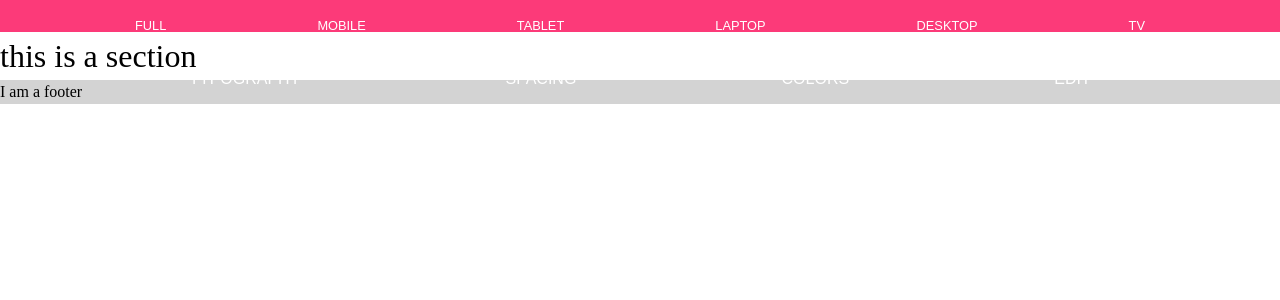
Repository: Terrycoco/coco-playground
Page: /
The author's editor kept a copy of each file at every save. The page is drawn from the files as they stood at one save, then again after the next save.
The browser window is 1280 px wide. The pictures show the whole page.
The project was rebuilt for these pictures with package versions that can differ from the ones it lists, and the page was loaded fresh each time. The framework's server and built-in components were replaced by stand-ins that run in the browser. Also part of the build but not shown: next.config.js, src/components/layout/FakeHeader.js.

Above is the page before, as saved 2023-03-20 11:31:44.

### src/app/layout.js
//THIS FILE DEFINES BASIC HTML FOR WHOLE SITE
//YOU CAN OVERWRITE ANY METADATA IN INDIVIDUAL ROUTES ALSO
"use client";
import { Providers } from "./store/provider";
import "./globals.css";
import Header from "@/components/layout/Header.js";
import Drawer from "@/components/layout/Drawer.js";
import Footer from "@/components/layout/Footer";
import ScreenEmulator from "@/components/layout/ScreenEmulator";

//can't use metadata on files that use client
// export const metadata = {
//   title: "Theme Playground",
//   description: "Theme Playground By Coco",
// };

export default function RootLayout({ children }) {
  return (
    <html lang="en">
      <head>
        <title>Coco Theme Playground</title>
      </head>

      <body>
        <Providers>
          <>
            <Header />
            <Drawer openWidth="500px">I am a form</Drawer>
            <ScreenEmulator>
              {children}
              <Footer />
            </ScreenEmulator>
          </>
        </Providers>
      </body>
    </html>
  );
}

### src/app/page.js
"use client";
import { useSelector, useDispatch } from "react-redux";
import { selectTheme } from "./store/slices/themeSlice";

export default function Page() {
  const theme = useSelector(selectTheme);
  console.log("page recd theme:", theme);
  return (
    <main>
      <section>this is a section</section>
    </main>
  );
}

// <section id="theme" style={getContainerStyle("section")}>
// <h1 style={getHStyle("h1")}>
//   This the result of your Theme{"   "}
//   <span style={styles.smgray}>(h1)</span>
// </h1>
// <h2 style={getHStyle("h2")}>
//   Your Default Styles Are Shown{"   "}
//   <span style={styles.smgray}>(h2)</span>
// </h2>
// <h3 style={getHStyle("h3")}>
//   You selected {`${levCount - 1}`} levels of headings.
//   <span style={styles.smgray}>(h3)</span>
// </h3>

// <h4 style={getHStyle("h4")}>
//   I am a heading level 4 {"   "}
//   <span style={styles.smgray}>(h4)</span>
// </h4>

// <h5 style={getHStyle("h5")}>
//   I am a heading level 5{"   "}
//   <span style={styles.smgray}>(h5)</span>
// </h5>

// <h6 style={getHStyle("h6")}>
//   I am a heading level 6{"   "}
//   <span style={styles.smgray}>(h6)</span>
// </h6>

// <p data-el="p" style={getTextStyle("p")}>
//   Your theme settings will show up here. These are the default styles
//   for each element, which will be consistent across your project. You
//   can, of course, alter them for individual elements as you see fit.{" "}
//   <span style={styles.smgray}>(p)</span>
// </p>
// <p data-el="p" style={getTextStyle("p")}>
//   This is the paragraph element. To set the font scale among the
//   different headings and at different screen resolutions, go to{" "}
//   <b>SCALE</b>. The rest of the paragraph settings can be found by
//   clicking <b>TEXT</b> <span style={styles.smgray}>(p)</span>
// </p>

// <p data-el="p" style={getTextStyle("p")}>
//   Don't like the spacing? Click <b>CONTAINERS</b> to set default padding
//   and margins for container elements like sections, the header and
//   footer, between paragraphs, etc.{" "}
//   <span style={styles.smgray}>(p)</span>
// </p>
// </section>
// <section id="colors" style={getContainerStyle("section")}>
// <h1 style={getHStyle("h1")}>
//   This the result of your Theme{"   "}
//   <span style={styles.smgray}>(h1)</span>
// </h1>
// <h2 style={getHStyle("h2")}>
//   Your Default Styles Are Shown{"   "}
//   <span style={styles.smgray}>(h2)</span>
// </h2>
// <h3 style={getHStyle("h3")}>
//   You selected {`${levCount - 1}`} levels of headings.
//   <span style={styles.smgray}>(h3)</span>
// </h3>

// <h4 style={getHStyle("h4")}>
//   I am a heading level 4 {"   "}
//   <span style={styles.smgray}>(h4)</span>
// </h4>

// <h5 style={getHStyle("h5")}>
//   I am a heading level 5{"   "}
//   <span style={styles.smgray}>(h5)</span>
// </h5>

// <h6 style={getHStyle("h6")}>
//   I am a heading level 6{"   "}
//   <span style={styles.smgray}>(h6)</span>
// </h6>

// <p data-el="p" style={getTextStyle("p")}>
//   Your typography styles will show up here. These are the default styles
//   for each element, which will be consistent across your project. You
//   can, of course, alter them for individual elements as you see fit.{" "}
//   <span style={styles.smgray}>(p)</span>
// </p>
// <p data-el="p" style={getTextStyle("p")}>
//   This is the paragraph element. To set the font scale among the
//   different headings and at different screen resolutions, go to{" "}
//   <b>SCALE</b>. The rest of the paragraph settings can be found by
//   clicking <b>TYPOGRAPHY</b> <span style={styles.smgray}>(p)</span>
// </p>

// <p data-el="p" style={getTextStyle("p")}>
//   Don't like the spacing? Click <b>SPACING</b> to set default padding
//   and margins for elements like sections, the header and footer, between
//   paragraphs, etc. <span style={styles.smgray}>(p)</span>
// </p>
// </section>

### src/app/store/provider.js
"use client";

import { Provider } from "react-redux";
import store from "./store";

export function Providers({ children }) {
  return <Provider store={store}>{children}</Provider>;
}

### src/app/globals.css
@import "./reset.css";

:root {
  font-size: 1rem;
}
body {
  margin: 0;
  min-height: 100vh;
}

header {
  background-color: black;
  color: white;
}

footer {
  background-color: lightgray;
  color: black;
}

section {
  font-size: 2rem;
}

### src/components/layout/Header.js
"use client";
import React from "react";
import { useSelector } from "react-redux";
import { selectTheme } from "@/slices/themeSlice";
import { selectVariables } from "@/slices/variablesSlice";
import DeviceMenu from "@/components/menus/DeviceMenu";
import MainMenu from "@/components/menus/MainMenu";

function Header() {
  const theme = useSelector(selectTheme);
  const variables = useSelector(selectVariables);

  const styles = {
    header: {
      display: "flex",
      justifyContent: "space-between",
      flexWrap: "wrap",
    },
  };

  const getHeaderStyles = () => {
    let styles = { ...theme.containers.header };
    styles.backgroundColor = variables[styles.backgroundColor];
    return styles;
  };

  return (
    <header style={getHeaderStyles()}>
      <DeviceMenu />
      <MainMenu />
    </header>
  );
}

export default Header;

### src/components/layout/Drawer.js
import { useState, useEffect } from "react";
import { useSelector } from "react-redux";
import { selectContainers } from "@/slices/themeSlice";
import { selectIsDrawerOpen } from "@/slices/uiSlice";
import { selectVariables } from "@/slices/variablesSlice";

//may want to pass in width val

const Drawer = (props) => {
  const [width, setWidth] = useState("0px");
  const containers = useSelector(selectContainers);
  const isOpen = useSelector(selectIsDrawerOpen);
  const variables = useSelector(selectVariables);

  useEffect(() => {
    if (isOpen) {
      setWidth(props.openWidth);
    } else {
      setWidth("0px");
    }
  }, [isOpen, props.openWidth]);

  let styles = {
    drawer: {
      height: "100vh",
      width: width,
      position: "fixed",
      zIndex: "99999",
      top: containers.header.height,
      right: "0",
      backgroundColor: variables["var(--clr-whitish)"],
      overflowX: "hidden",
      transition: " 0.5s",
      WebkitBoxShadow: "-3px 0px 3px -3px gray",
      boxShadow: "-3px 0px 3px -3px gray",
    },
  };

  return (
    <div id="drawer" style={styles.drawer}>
      {props.children}
    </div>
  );
};

export default Drawer;

### src/components/layout/Footer.js
"use client";
import React from "react";

const Footer = () => {
  return <footer>I am a footer</footer>;
};

export default Footer;

### src/components/layout/ScreenEmulator.js
import { useState, useEffect } from "react";
import { useSelector } from "react-redux";
import { selectCurrentDevice, selectIsFullScreen } from "@/slices/uiSlice";
import { selectDevices, selectDeviceElements } from "@/slices/themeSlice";
import FakeHeader from "@/components/layout/FakeHeader";

const ScreenEmulator = ({ children, ...props }) => {
  const [width, setWidth] = useState("400px");
  const isFullScreen = useSelector(selectIsFullScreen);
  const device = useSelector(selectCurrentDevice);
  const devices = useSelector(selectDevices);
  const [baseFontSize, setBaseFontSize] = useState();
  const deviceFontSizes = useSelector(selectDeviceElements);

  //get some valid heights
  useEffect(() => {
    if (device && device.length > 0 && devices !== undefined) {
      if (isFullScreen) {
        setWidth(window.innerWidth);
      } else {
        console.log("device is:", device, "devices:", devices);
        let w = devices[device].min + 100 + "px";
        setWidth(w);
      }
      setBaseFontSize(deviceFontSizes[device].body.fontSize + "px");
    }
  }, [device, isFullScreen]);

  const getEmulation = () => {
    return {
      border: "1px solid darkgray",
      width: `${width}`,
      overflowX: "hidden",
      fontSize: `${baseFontSize}`,
      marginTop: "1rem",
      marginLeft: "1rem",
      height: window.innerHeight - 75 + "px",
      overflowY: "scroll",
      borderRadius: "10px",
      boxShadow: "rgba(213, 217, 217, 0.5) 0 2px 5px 0",
    };
  };

  if (isFullScreen == true) {
    return <>{children}</>;
  } else {
    return (
      <div style={getEmulation()}>
        <FakeHeader />
        {children}
      </div>
    );
  }
};

export default ScreenEmulator;

### src/app/store/slices/themeSlice.js
"use client";

import { createSlice, createSelector } from "@reduxjs/toolkit";
import { HYDRATE } from "next-redux-wrapper";
import { currentTheme } from "@/themes";

const initialState = {
  headingCount: currentTheme.headingCount,
  fonts: currentTheme.fonts,
  colors: currentTheme.colors,
  colorVariants: currentTheme.colorVariants,
  devices: currentTheme.devices,
  deviceElements: currentTheme.deviceElements,
  text: currentTheme.text,
  containers: currentTheme.containers,
};

export const themeSlice = createSlice({
  name: "theme",
  initialState,
  reducers: {
    updateText(state, action) {
      state.text[action.payload.element][action.payload.propName] =
        action.payload.value;
    },

    extraReducers: {
      [HYDRATE]: (state, action) => {
        return {
          ...state,
          ...action.payload.theme,
        };
      },
    },
  },
});

export const { updateText } = themeSlice.actions;
export const selectTheme = (state) => state.theme;
export const selectText = (state) => state.theme.text;
export const selectDevices = (state) => state.theme.devices;
export const selectDeviceElements = (state) => state.theme.deviceElements;
export const selectContainers = (state) => state.theme.containers;
export default themeSlice.reducer;

### src/app/store/store.js
"use client"; //anything that will access redux must use client
import { configureStore } from "@reduxjs/toolkit";
import { themeSlice } from "./slices/themeSlice";
import { variablesSlice } from "./slices/variablesSlice";
import { uiSlice } from "./slices/uiSlice";

// config the store
const store = configureStore({
  reducer: {
    [themeSlice.name]: themeSlice.reducer,
    [variablesSlice.name]: variablesSlice.reducer,
    [uiSlice.name]: uiSlice.reducer,
  },
});

// export default the store
console.log("store:", store.getState());
export default store;

### src/app/reset.css
/* Box sizing rules */
*,
*::before,
*::after {
  box-sizing: border-box;
}

/* Remove default margin */
main,
html,
body,
h1,
h2,
h3,
h4,
h5,
h6,
p,
figure,
blockquote,
dl,
dd {
  margin: 0;
  padding: 0;
}

/* Remove list styles on ul, ol elements with a list role, which suggests default styling will be removed */
ul,
menu,
ol {
  list-style: none;
}

/* remove discs from list items */
li {
  list-style-type: none;
}

/* Set core root defaults */
html:focus-within {
  scroll-behavior: smooth;
}

/* Set core body defaults */
body {
  min-height: 100vh;
  text-rendering: optimizeSpeed;
  line-height: 1.5;
}

/* A elements that don't have a class get default styles */
a:not([class]) {
  text-decoration-skip-ink: auto;
}

/* Make images easier to work with */
img,
picture {
  max-width: 100%;
  display: block;
}

menu {
  margin-block-start: 0em;
  margin-block-end: 0em;
  margin-inline-start: 0px;
  margin-inline-end: 0px;
  padding-inline-start: 0px;
}

/* Inherit fonts for inputs and buttons */
input,
button,
textarea,
select {
  font: inherit;
}

/* remove any default font props */
body,
h1,
h2,
h3,
h4,
h5,
h6,
p {
  letter-spacing: normal;
  word-spacing: normal;
  line-height: 1.5;
  font-optical-sizing: auto;
}

/* Remove all animations, transitions and smooth scroll for people that prefer not to see them */
@media (prefers-reduced-motion: reduce) {
  html:focus-within {
    scroll-behavior: auto;
  }

  *,
  *::before,
  *::after {
    animation-duration: 0.01ms !important;
    animation-iteration-count: 1 !important;
    transition-duration: 0.01ms !important;
    scroll-behavior: auto !important;
  }
}

### src/app/store/slices/variablesSlice.js
import { createSlice } from "@reduxjs/toolkit";
import { HYDRATE } from "next-redux-wrapper";
import { currentTheme } from "@/themes";
import { updateColor, updateFont } from "@/app/store/sharedActions";

function toCSS(key) {
  var result = key.replace(/([A-Z])/g, " $1");
  return result.split(" ").join("-").toLowerCase();
}

const getFontVariable = (fontName) => {
  let str = fontName.replaceAll(" ", "-").toLowerCase();
  return `var(--font-${str})`;
};

const loadInitVariables = () => {
  let variables = {};
  let section, prefix;

  //fonts
  section = "fonts";
  prefix = "var(--font-";
  for (const key in currentTheme[section]) {
    variables[`${prefix}${key})`] = getFontVariable(currentTheme[section][key]);
  }

  //colors
  section = "colors";
  prefix = "var(--clr-";
  for (const key in currentTheme[section]) {
    variables[`${prefix}${key})`] = toCSS(currentTheme[section][key]);
  }

  //color variants
  section = "colorVariants";
  prefix = "var(--clr-";
  for (const key in currentTheme[section]) {
    variables[`${prefix}${key})`] = toCSS(currentTheme[section][key]);
  }

  return variables;
};

const initialState = loadInitVariables();

export const variablesSlice = createSlice({
  name: "variables",
  initialState,
  reducers: {
    updateVariable(state, action) {
      state[action.payload.key] = action.payload.value;
    },
  },
  extraReducers: (builder) => {
    builder
      .addCase(updateColor, (state, action) => {
        action.payload.map((obj) => {
          state[obj.themeVar] = obj.value;
        });
      })
      .addCase(updateFont, (state, action) => {
        console.log("got here:", action.payload);
        //theme variable (ie body) has been updated to another font
        state[action.payload.themeVar] = action.payload.fontVar;
      });
  },
});

export const { updateVariable } = variablesSlice.actions;
export const selectVariables = (state) => state.variables;
export default variablesSlice.reducer;

### src/components/menus/DeviceMenu.js
"use client";
import { useState, useEffect } from "react";
import { useSelector, useDispatch } from "react-redux";
import {
  selectCurrentDevice,
  updateCurrentDevice,
  updateIsFullScreen,
  selectIsFullScreen,
} from "@/slices/uiSlice";
import { selectDevices } from "@/slices/themeSlice";
import css from "./menu.module.css";

const DeviceMenu = () => {
  const currentDevice = useSelector(selectCurrentDevice);
  const fullScreen = useSelector(selectIsFullScreen);
  const dispatch = useDispatch();
  const devices = useSelector(selectDevices);
  const [userSize, setUserSize] = useState();
  const [userDevice, setUserDevice] = useState();

  useEffect(() => {
    setUserSize(window.innerWidth); //TODO MAKE RESPONSIVE
    let ud = getUserDevice(window.innerWidth, devices);
    console.log("userDevice:", ud);
    setUserDevice(ud);
    dispatch(updateCurrentDevice(ud));
  }, []);

  const styles = {
    menu: {
      display: "flex",
      flexDirection: "row",
      justifyContent: "space-evenly",
    },
    li: {
      fontFamily: "Arial",
      textTransform: "uppercase",
      fontSize: ".8em",
      padding: "1rem",
    },
  };

  const handleSelect = (e) => {
    const dev = e.target.id;
    if (dev === "full") {
      dispatch(updateIsFullScreen(true));
      dispatch(updateCurrentDevice(userDevice));
    } else {
      dispatch(updateCurrentDevice(dev));
      dispatch(updateIsFullScreen(false));
    }
  };

  return (
    <menu style={styles.menu}>
      <li id="full" style={styles.li} onClick={handleSelect} className={css.li}>
        Full
      </li>
      <li
        id="mobile"
        style={styles.li}
        className={css.li}
        onClick={handleSelect}
      >
        mobile
      </li>
      <li
        id="tablet"
        style={styles.li}
        className={css.li}
        onClick={handleSelect}
      >
        tablet
      </li>
      <li
        id="laptop"
        style={styles.li}
        className={css.li}
        onClick={handleSelect}
      >
        laptop
      </li>
      <li
        id="desktop"
        style={styles.li}
        className={css.li}
        onClick={handleSelect}
      >
        desktop
      </li>
      <li id="tv" style={styles.li} className={css.li} onClick={handleSelect}>
        tv
      </li>
    </menu>
  );
};

export default DeviceMenu;

function getUserDevice(size, devices) {
  for (const d in devices) {
    if (devices[d].min <= size && size <= devices[d].max) {
      return d;
    }
  }
}

### src/components/menus/MainMenu.js
"use client";
import React from "react";
import { useSelector, useDispatch } from "react-redux";
import { selectTheme } from "@/slices/themeSlice";
import { selectVariables } from "@/slices/variablesSlice";
import {
  updateCurrentForm,
  updateIsDrawerOpen,
  selectIsDrawerOpen,
} from "@/slices/uiSlice";
import css from "./menu.module.css";

function MainMenu() {
  const theme = useSelector(selectTheme);
  const variables = useSelector(selectVariables);
  const dispatch = useDispatch();
  const isDrawerOpen = useSelector(selectIsDrawerOpen);

  const styles = {
    menu: {
      display: "flex",
      justifyContent: "space-evenly",
    },
    li: {
      fontFamily: "Arial, Helvetica",
      fontSize: "1em",
      textTransform: "uppercase",
      padding: "1em",
    },
  };

  const handleClick = (e) => {
    e.stopPropagation();
    e.preventDefault();
    let opt = e.target.id;
    if (opt == "edit") {
      dispatch(updateIsDrawerOpen(!isDrawerOpen));
    } else {
      dispatch(updateCurrentForm(opt));
      dispatch(updateIsDrawerOpen(true));
    }
  };

  return (
    <menu style={styles.menu}>
      <li
        id="typography"
        style={styles.li}
        className={css.li}
        onClick={handleClick}
      >
        typography
      </li>
      <li
        id="spacing"
        style={styles.li}
        className={css.li}
        onClick={handleClick}
      >
        spacing
      </li>
      <li
        id="colors"
        style={styles.li}
        className={css.li}
        onClick={handleClick}
      >
        colors
      </li>
      <li id="edit" style={styles.li} className={css.li} onClick={handleClick}>
        edit
      </li>
    </menu>
  );
}

export default MainMenu;

### src/app/store/slices/uiSlice.js
"use client";

//slice for ui state

import { createSlice, createSelector } from "@reduxjs/toolkit";
import { HYDRATE } from "next-redux-wrapper";

const initialState = {
  currentForm: "",
  currentDevice: "",
  isFullScreen: true,
  isDrawerOpen: false,
  currentTab: 1,
};

export const uiSlice = createSlice({
  name: "ui",
  initialState,
  reducers: {
    updateCurrentForm(state, action) {
      state.currentForm = action.payload;
    },
    updateCurrentTab(state, action) {
      state.currentTab = action.payload;
    },
    updateCurrentDevice(state, action) {
      state.currentDevice = action.payload;
    },
    updateIsDrawerOpen(state, action) {
      state.isDrawerOpen = action.payload;
    },
    updateIsFullScreen(state, action) {
      state.isFullScreen = action.payload;
    },

    extraReducers: {
      [HYDRATE]: (state, action) => {
        return {
          ...state,
          ...action.payload.ui,
        };
      },
    },
  },
});

export const {
  updateCurrentForm,
  updateCurrentDevice,
  updateCurrentTab,
  updateIsDrawerOpen,
  updateIsFullScreen,
} = uiSlice.actions;
export const selectCurrentDevice = (state) => state.ui.currentDevice;
export const selectCurrentTab = (state) => state.ui.currentTab;
export const selectCurrentForm = (state) => state.ui.currentForm;
export const selectIsDrawerOpen = (state) => state.ui.isDrawerOpen;
export const selectIsFullScreen = (state) => state.ui.isFullScreen;
export default uiSlice.reducer;

### src/themes/index.js
import init from "./init";

module.exports = { currentTheme: init };

### src/app/store/sharedActions.js
import { createAction } from "@reduxjs/toolkit";
const varKeys = [75, 50, 25, 10, 5];

const updateColor = createAction("UPDATE_COLOR", function prepare(obj) {
  //any time theme color is updated, so are variants so pass those in with the payload
  console.log("shared updateColor", obj);
  let key = obj.key;
  let payloadVal = [];
  let newhex = obj.value;
  if (key !== "error" && key !== "whitish") {
    varKeys.map((pct) => {
      let variantKey = `${key}${pct}`;
      let val = getPctOfHex(newhex, pct);
      payloadVal.push({
        key: variantKey,
        value: val,
        section: "variants",
        themeVar: `var(--clr-${variantKey})`,
      });
    });
  }
  //push original one
  payloadVal.push({
    key: key,
    value: newhex,
    section: "themed",
    themeVar: `var(--clr-${key})`,
  });
  //console.log("newpayload:", payloadVal);
  return { payload: payloadVal };
});

const updateFont = createAction("UPDATE_FONT", function prepare(obj) {
  console.log("fontobj:", obj);
  /*shape of font payload
      propName: "body",
      name: "Gelasio",
      themeVar: "var(--font-body)",
      fontVar: "var(--font-gelasio)" */

  return { payload: obj };
});

module.exports = { updateColor, updateFont };

// util functions to calculate variant values --------------
function hexToHSL(H) {
  // Convert hex to RGB first
  let r = 0,
    g = 0,
    b = 0;
  if (H.length == 4) {
    r = "0x" + H[1] + H[1];
    g = "0x" + H[2] + H[2];
    b = "0x" + H[3] + H[3];
  } else if (H.length == 7) {
    r = "0x" + H[1] + H[2];
    g = "0x" + H[3] + H[4];
    b = "0x" + H[5] + H[6];
  }
  // Then to HSL
  r /= 255;
  g /= 255;
  b /= 255;
  let cmin = Math.min(r, g, b),
    cmax = Math.max(r, g, b),
    delta = cmax - cmin,
    h = 0,
    s = 0,
    l = 0;

  if (delta == 0) h = 0;
  else if (cmax == r) h = ((g - b) / delta) % 6;
  else if (cmax == g) h = (b - r) / delta + 2;
  else h = (r - g) / delta + 4;

  h = Math.round(h * 60);

  if (h < 0) h += 360;

  l = (cmax + cmin) / 2;
  s = delta == 0 ? 0 : delta / (1 - Math.abs(2 * l - 1));
  s = +(s * 100).toFixed(1);
  l = +(l * 100).toFixed(1);

  return { h: h, s: s, l: l };
}
function getPctOfHex(hex, pct) {
  //incoming pct is pct opacity of orig color
  let inverted = 100 - pct;
  //convert incoming to hsl
  let hsl = hexToHSL(hex);

  //current lightness is 0%;
  let currentLightPct = hsl.l;
  let remainingLightPct = 100 - currentLightPct;
  let onepct = remainingLightPct / 100;
  let desiredPct = onepct * inverted + currentLightPct;
  let result = HSLToHex(hsl.h, hsl.s, desiredPct);
  return result;
}
function HSLToHex(h, s, l) {
  s /= 100;
  l /= 100;

  let c = (1 - Math.abs(2 * l - 1)) * s,
    x = c * (1 - Math.abs(((h / 60) % 2) - 1)),
    m = l - c / 2,
    r = 0,
    g = 0,
    b = 0;

  if (0 <= h && h < 60) {
    r = c;
    g = x;
    b = 0;
  } else if (60 <= h && h < 120) {
    r = x;
    g = c;
    b = 0;
  } else if (120 <= h && h < 180) {
    r = 0;
    g = c;
    b = x;
  } else if (180 <= h && h < 240) {
    r = 0;
    g = x;
    b = c;
  } else if (240 <= h && h < 300) {
    r = x;
    g = 0;
    b = c;
  } else if (300 <= h && h < 360) {
    r = c;
    g = 0;
    b = x;
  }
  // Having obtained RGB, convert channels to hex
  r = Math.round((r + m) * 255).toString(16);
  g = Math.round((g + m) * 255).toString(16);
  b = Math.round((b + m) * 255).toString(16);

  // Prepend 0s, if necessary
  if (r.length == 1) r = "0" + r;
  if (g.length == 1) g = "0" + g;
  if (b.length == 1) b = "0" + b;

  return "#" + r + g + b;
}

### src/components/menus/menu.module.css
.li:hover {
  font-weight: 700;
  letter-spacing: 1px;
}

Loaded but not shown: src/themes/init.js (303 lines, source omitted)

After the next save:
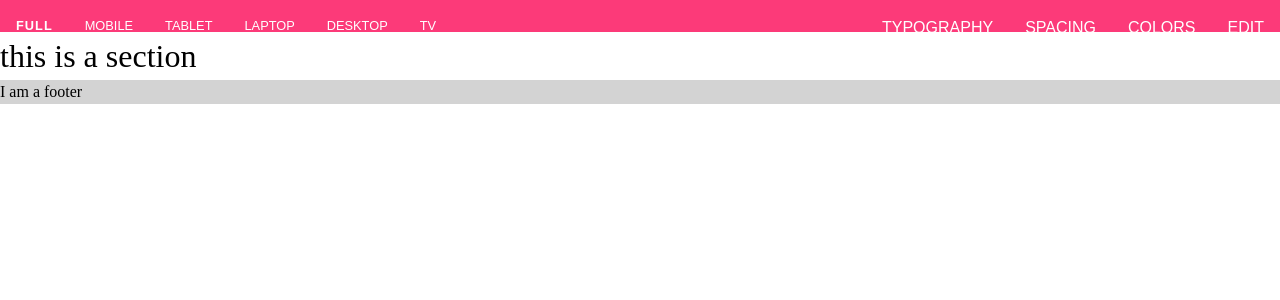
Saved 113 s later.
--- a/src/components/layout/Header.js
+++ b/src/components/layout/Header.js
@@ -21,6 +21,9 @@ function Header() {
   const getHeaderStyles = () => {
     let styles = { ...theme.containers.header };
     styles.backgroundColor = variables[styles.backgroundColor];
+    styles.display = "flex";
+    styles.justifyContent = "space-between";
+    styles.flexWrap = "wrap";
     return styles;
   };
 
